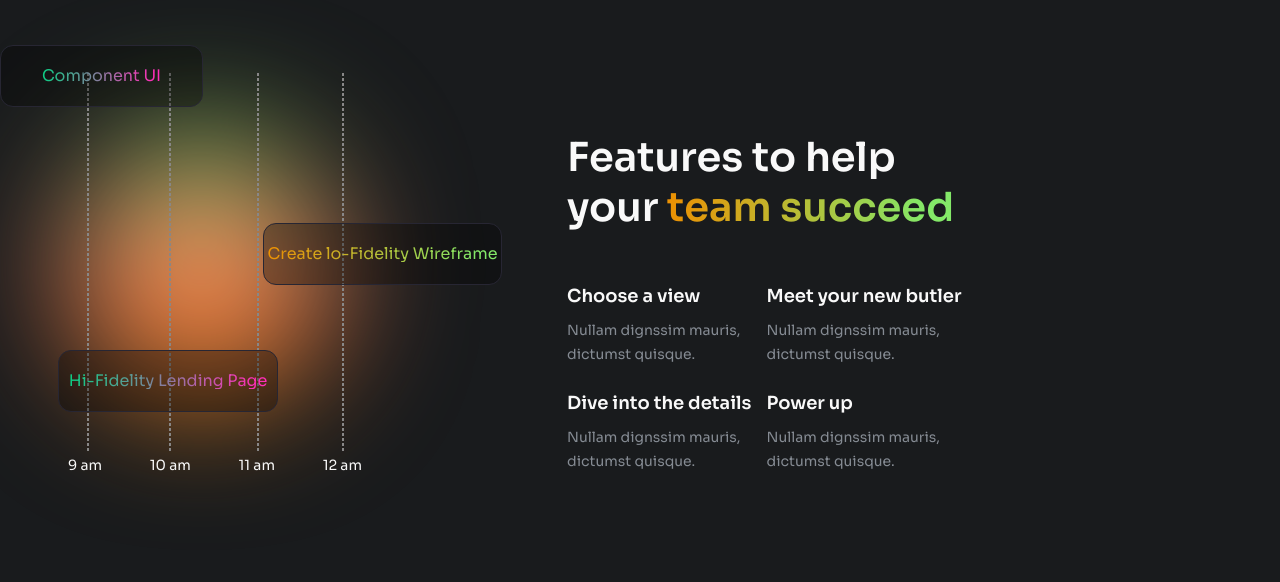
Repository: anhthiethumg/Task_Managerment_Website
Page: index.html
An editor plug-in stored every save of this project. The page is shown before and after a run of saves, followed by the edit.
The browser window is 1280 px wide. The pictures show the part of the page from y = 2400 to 3060 px (the page is 2982 px tall before and 3060 px after).
A picture or video elsewhere on the page could not be fetched, so the positions and the page height are approximate.

Above is the page before, as saved 2023-07-31 09:10:52.

After the next 2 saves:
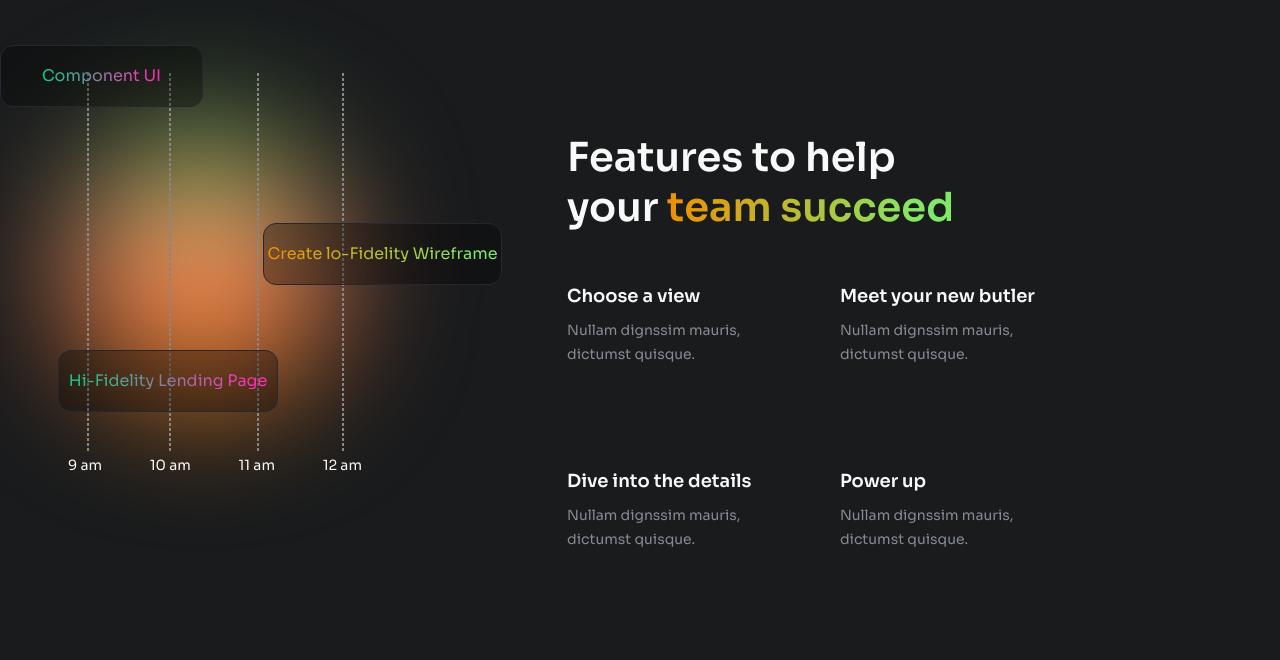
The 2 saves are shown as one change because they came seconds apart.
The last was saved 6 s later.
--- a/assets/css/styles.css
+++ b/assets/css/styles.css
@@ -713,7 +713,7 @@
 .feature__list {
   display: grid;
   grid-template-columns: 1fr 1fr;
-
+  gap: 78px;
 }
 
 .feature--item__title {

After the save that followed:
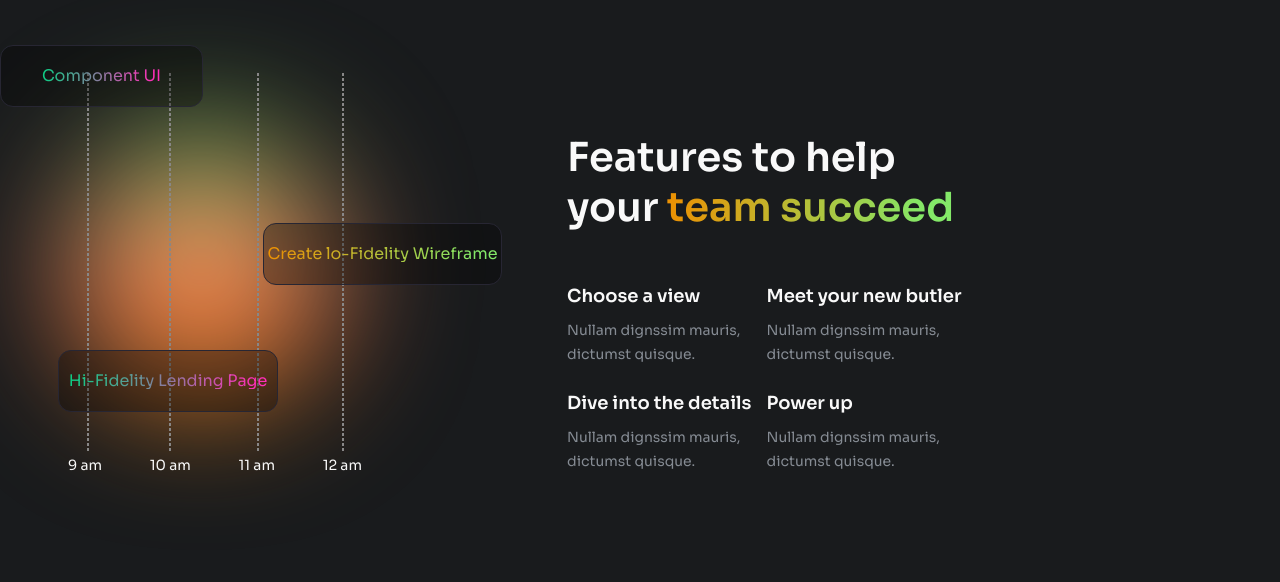
Saved 9 s later.
--- a/assets/css/styles.css
+++ b/assets/css/styles.css
@@ -713,7 +713,7 @@
 .feature__list {
   display: grid;
   grid-template-columns: 1fr 1fr;
-  gap: 78px;
+  gap-: 78px;
 }
 
 .feature--item__title {
